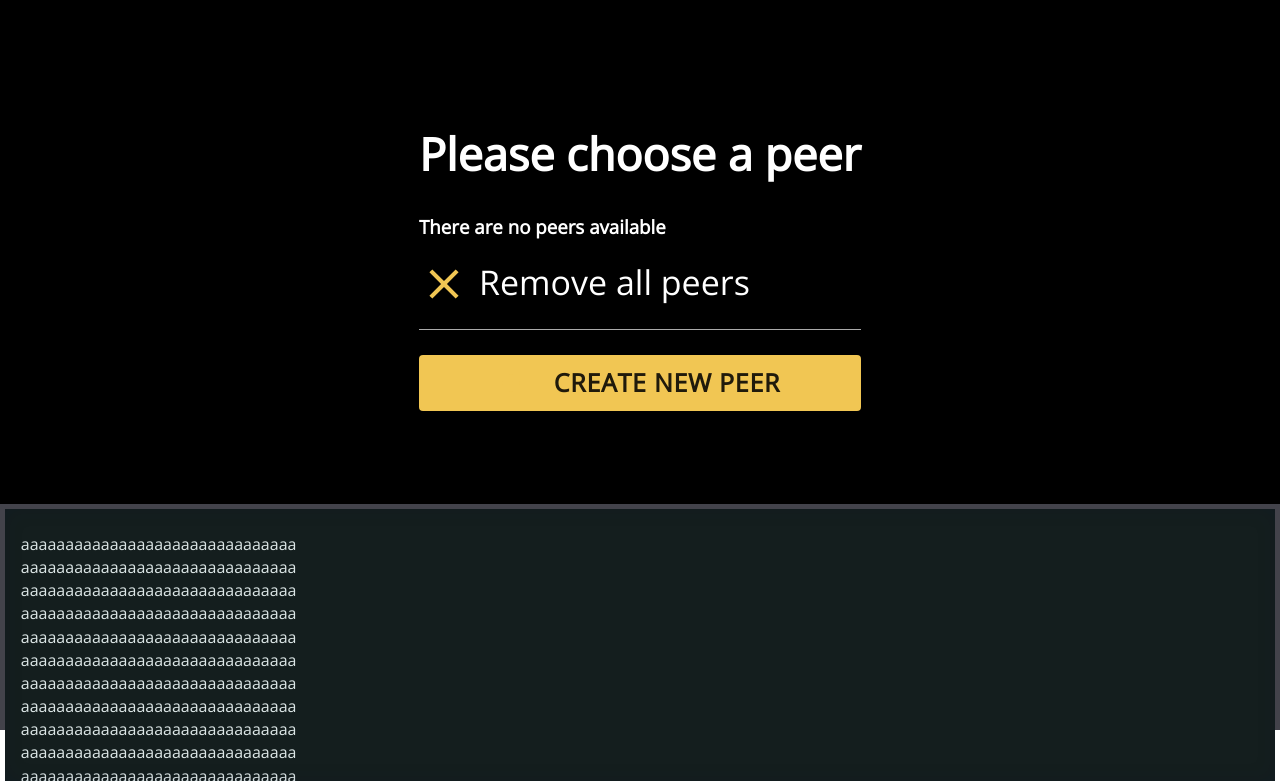
Repository: Bachdz/ASAP-Gui-Frontend
Page: /login
These files come from the project's save history. The page is drawn as it stood at one moment and after the next save; the edit follows.
The browser window is 1280 px wide. The pictures show the whole page.
The page's requests for data from a server got no answer. The project was rebuilt for these pictures with package versions that can differ from the ones it lists, and the page was loaded fresh each time. No one was signed in, and anything a server would have sent is missing. Also part of the build but not shown: src/css/loginscreen/Peer.css, src/components/fragments/Footer.js, src/components/mainscreen/subcomponents/Apps.js, src/css/mainscreen/Main.css, src/components/mainscreen/Main.js.

Above is the page before, as saved 2020-12-16 19:53:44.

After the next save:
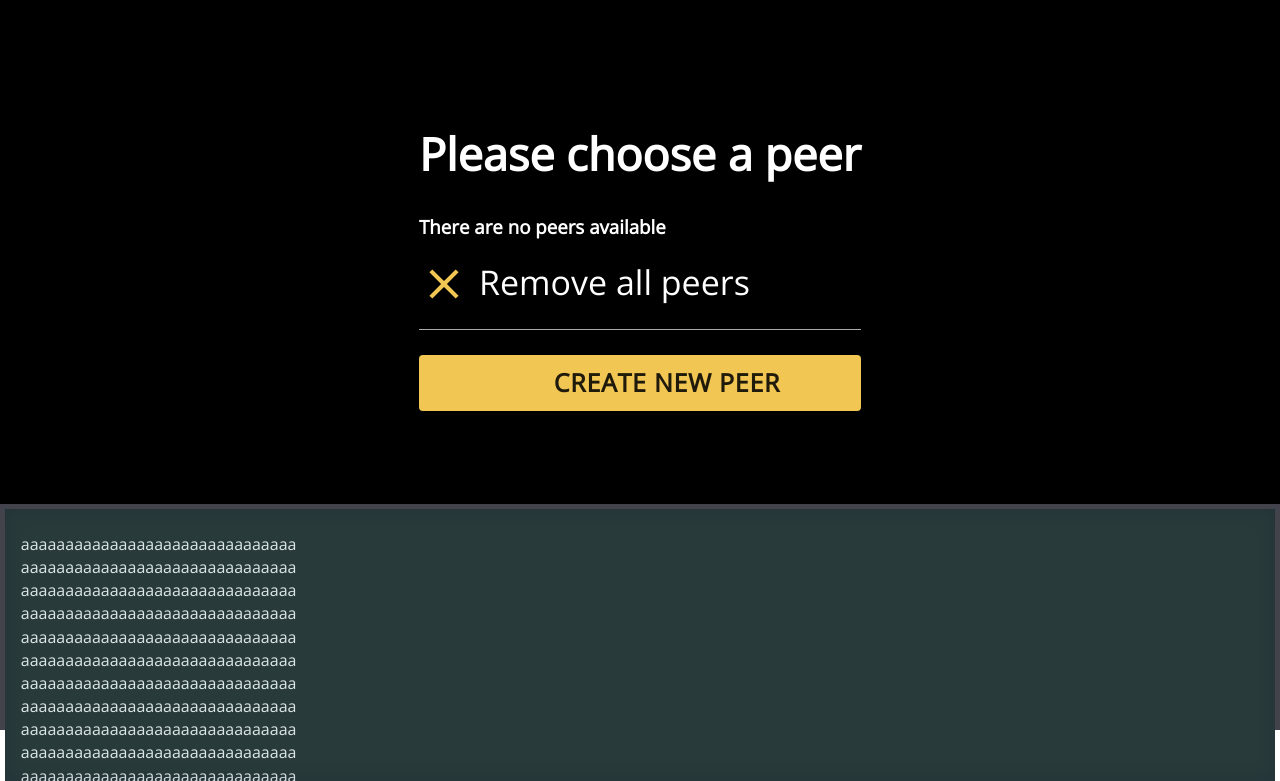
Saved 20 s later.
--- a/src/css/Terminal.css
+++ b/src/css/Terminal.css
@@ -85,7 +85,7 @@
     height: 100%;
     overflow-y: scroll;
     white-space: pre-wrap;
-    background: #141e1e;
+    background: #283a3a;
     color: #dce6e6;
     margin: 0 auto;
     font-family: Monaco, Consolas, "Lucida Console", monospace;
